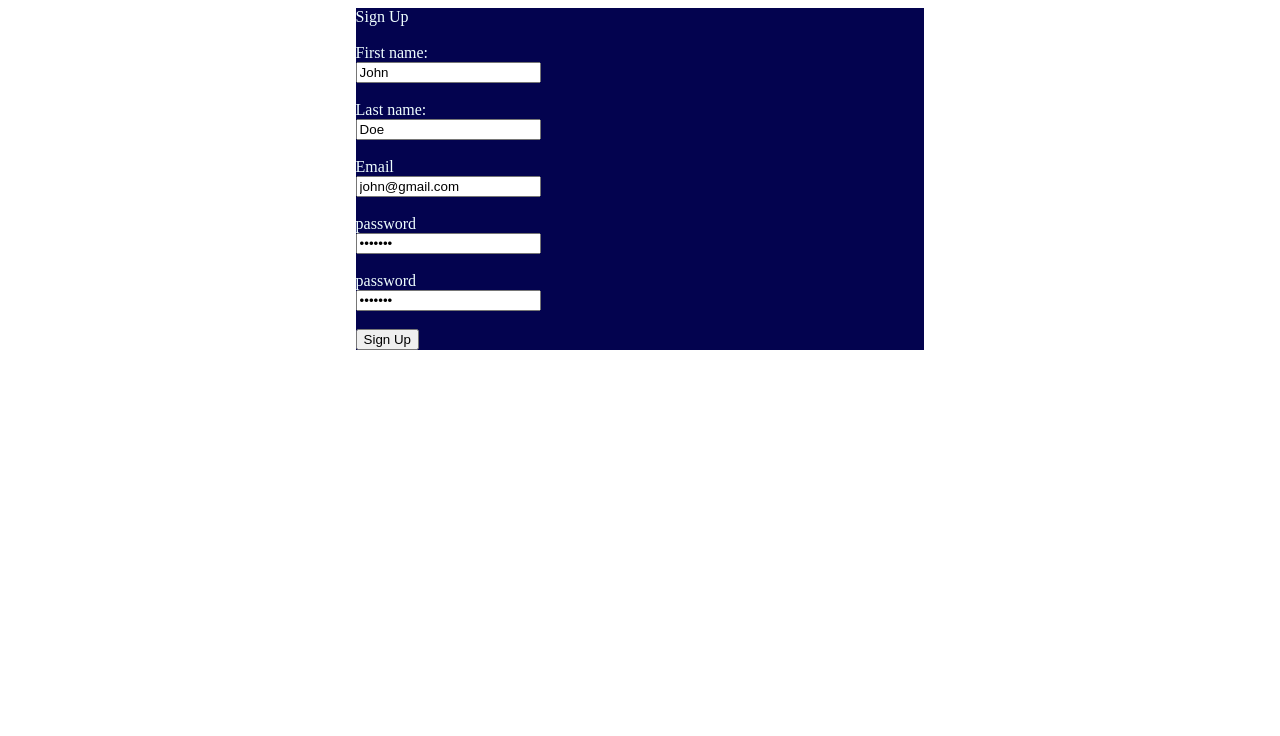
Repository: reemoon-ctrl/hotel-website
Page: mine-form_styling_start.html
The author's editor kept a copy of each file at every save. The page is drawn from the files as they stood at one save, then again after a run of saves.
The browser window is 1280 px wide. The pictures show the whole page.

Above is the page before, as saved 2024-07-20 14:05:07.

### mine-form_styling_start.html
<!DOCTYPE html>
<html lang="en">
<head>
    <meta charset="UTF-8">
    <meta name="viewport" content="width=device-width, initial-scale=1.0">
    <title>Document</title>
<style>
    .form{
        color:azure;
    }
    .container{
        margin: auto;
        background: rgb(3, 3, 79);
        width: 45%;
    }
    body{
        min-height: 100vh;
    }
</style>
</head>

<body>

        <form class="form" action="/action_page.php">
            <div class="container">
                <caption>Sign Up</caption><br><br>
                <label for="fname">First name:</label><br>
                <input type="text" id="fname" name="fname" value="John"><br><br>
                <label for="lname">Last name:</label><br>
                <input type="text" id="lname" name="lname" value="Doe"><br><br>
                <label for="Email ">Email</label><br>
                <input type="text" id="email" name="Email" value="john@gmail.com"><br><br>
                <label for="password">password</label><br>
                <input type="password" id="password" name="password" value="fffffff"><br><br>
                <label for="password">password</label><br>
                <input type="password" id="confirm password" name="confirm password" value="fffffff"><br><br>
                <input type="submit" value="Sign Up">
            </div>
      </form>
    </div>
</body>
</html>

After the next 2 saves:
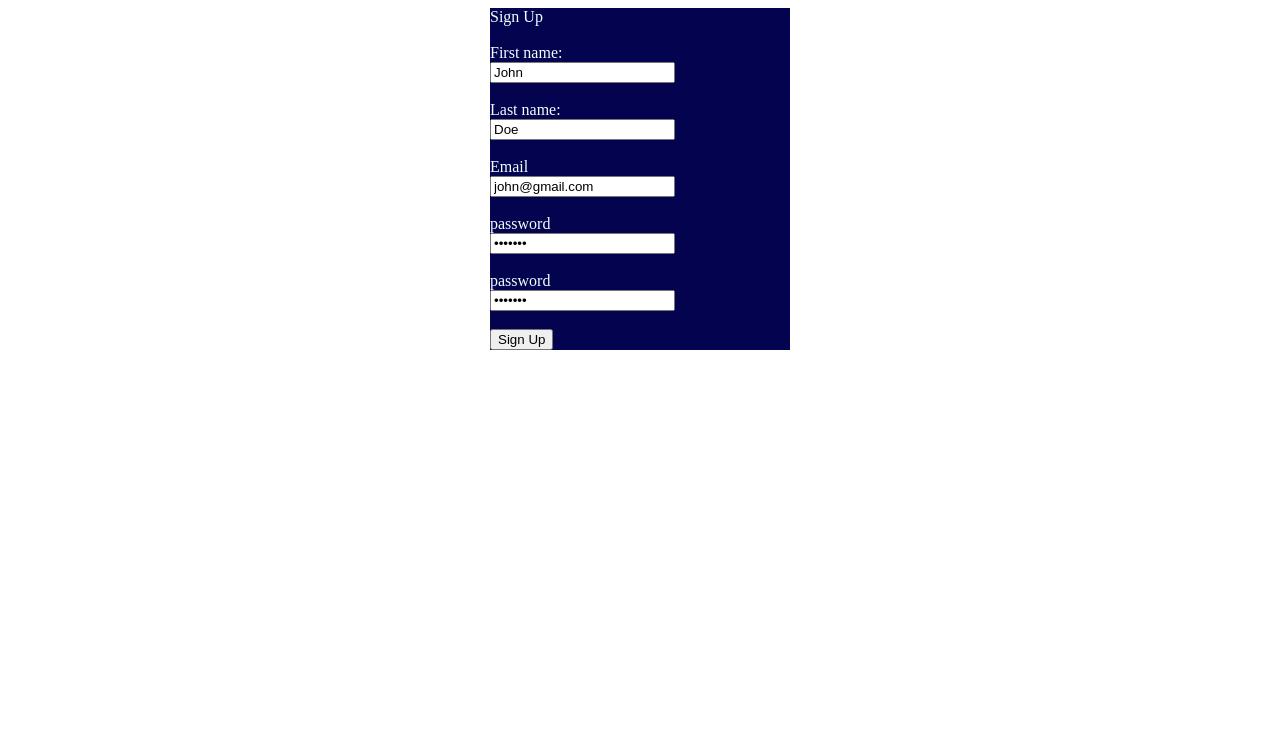
The 2 saves are shown as one change because they came seconds apart.
The last was saved 52 s later.
--- a/mine-form_styling_start.html
+++ b/mine-form_styling_start.html
@@ -11,7 +11,7 @@
     .container{
         margin: auto;
         background: rgb(3, 3, 79);
-        width: 45%;
+        width: 300px;
     }
     body{
         min-height: 100vh;
